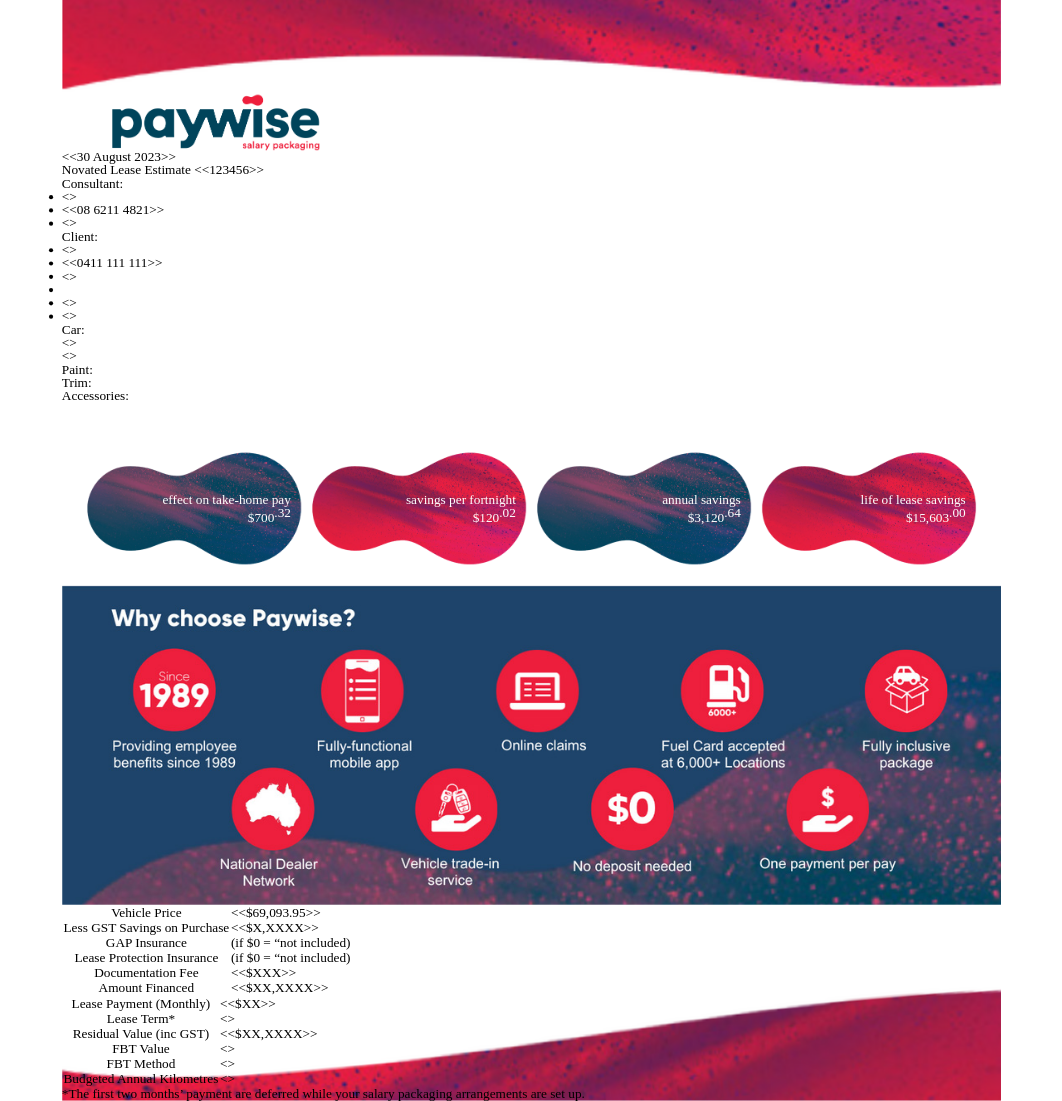
Repository: hoangtubest/novated-phong
Page: 1.html
These files come from the project's save history. The page is drawn as it stood at one moment and after the next save; the edit follows.
The browser window is 1280 px wide. The pictures show the whole page, at 83% of full size.
The style sheet was rebuilt from its Sass, Less or Tailwind sources for each picture, by a compiler version that may differ from the author's.

Above is the page before, as saved 2023-10-18 13:25:17.

After the next save:
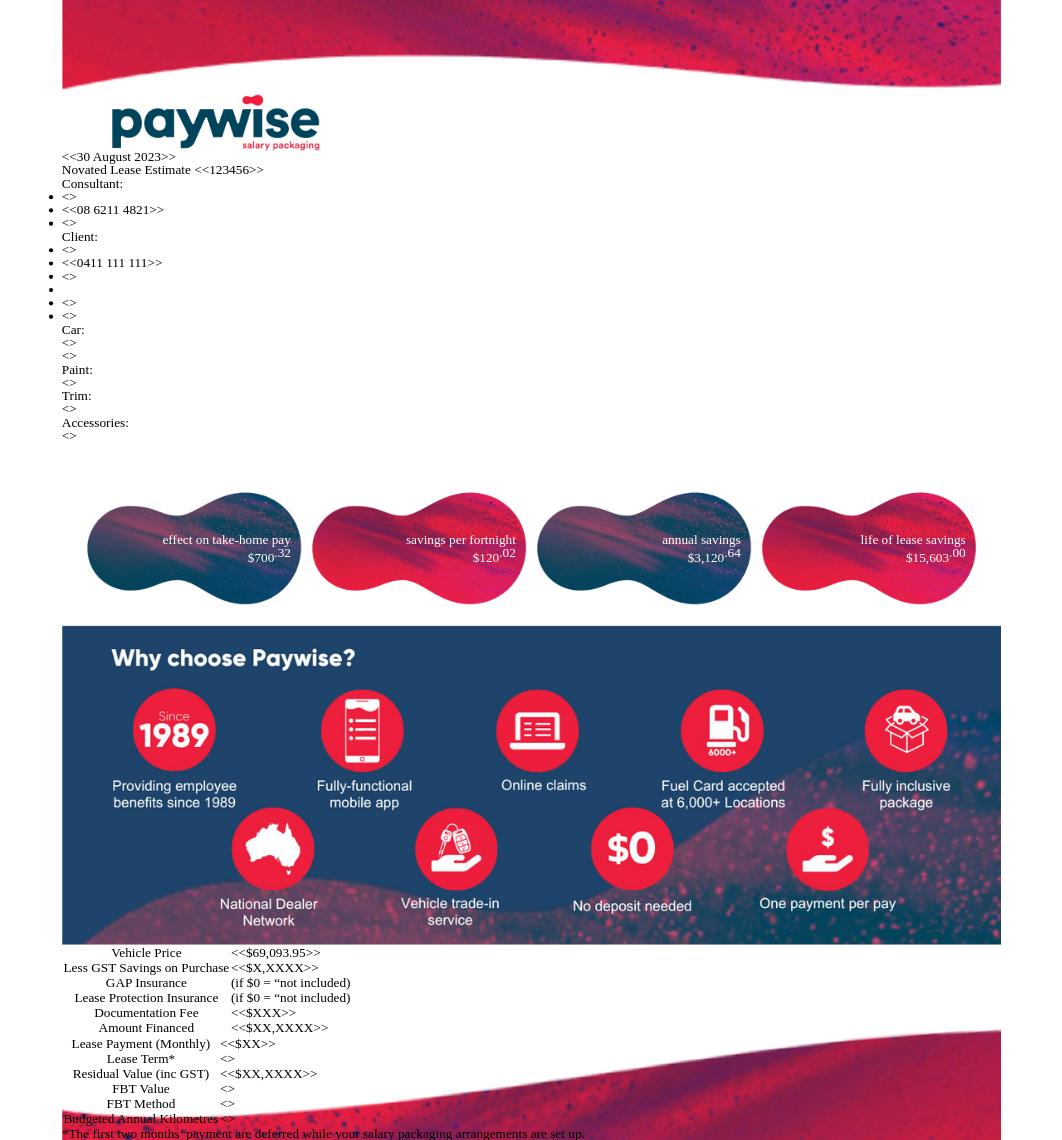
Saved 61 s later.
--- a/1.html
+++ b/1.html
@@ -68,15 +68,21 @@
           </dl>
           <dl>
             <dt>Paint:</dt>
-            <dd></dd>
+            <dd>
+              <<Colour>>
+            </dd>
           </dl>
           <dl>
             <dt>Trim:</dt>
-            <dd></dd>
+            <dd>
+              <<Trim>>
+            </dd>
           </dl>
           <dl>
             <dt>Accessories:</dt>
-            <dd></dd>
+            <dd>
+              <<Description>>
+            </dd>
           </dl>
         </div>
       </div>
